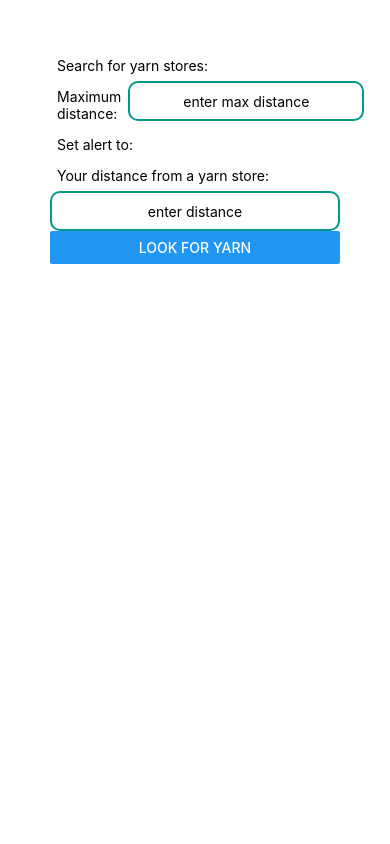
Repository: anuslorah/StashEnhancer
Screen: / (app in StashEnhancer1/)
These files come from the project's save history. The screen is drawn as it stood at one moment and after the next save; the edit follows.
The app was drawn by React Native's web renderer in a window 390 px wide. The project was rebuilt for these pictures with package versions that can differ from the ones it lists, and the page was loaded fresh each time.

Above is the screen before, as saved 2019-06-27 18:31:18.

After the next save:
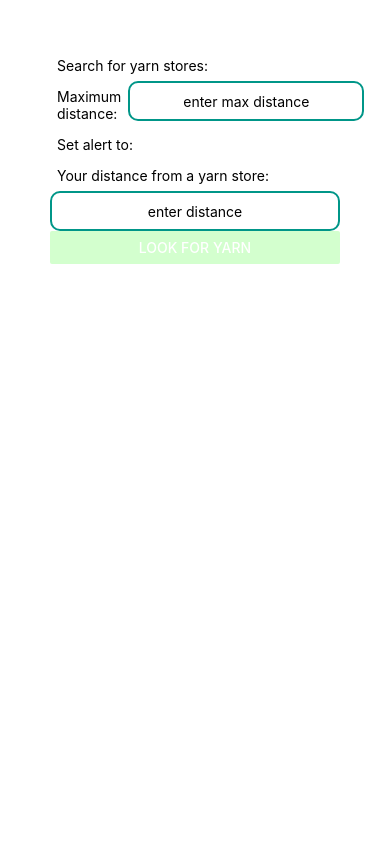
Saved 52 s later.
--- a/StashEnhancer1/App.js
+++ b/StashEnhancer1/App.js
@@ -25,7 +25,7 @@ export default function App() {
       <Button buttonStyle={styles.ButtonStyle}
         // onPress={onPressLearnMore}
         title="look for yarn"
-        // color="#e1fcff"
+        color="#d3ffce"
         accessibilityLabel="search for yarn stores" />
     </View>
   );
